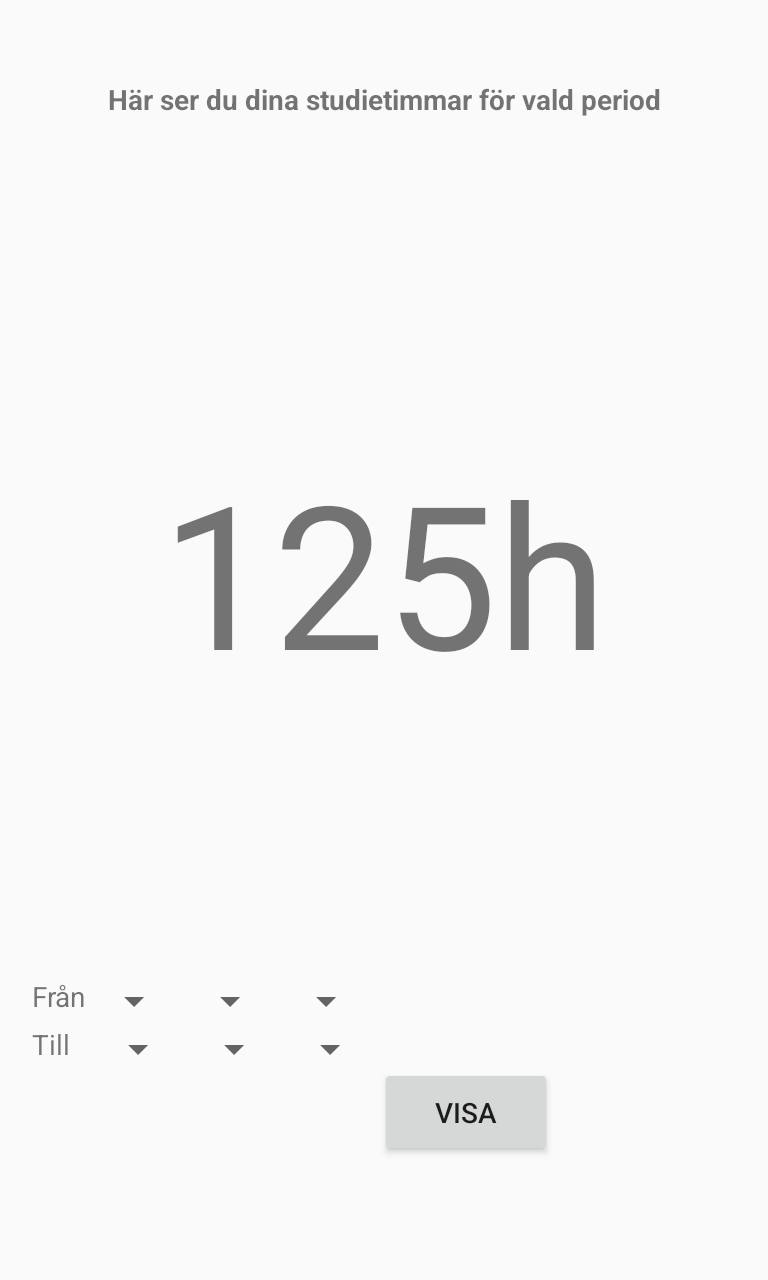
Repository: Dinova/Studiekoll
Layout: Studiekoll/Studiekoll/res/layout/fragment_graph.xml
The author's editor kept a copy of each file at every save. The layout is drawn from the files as they stood at one save, then again after the next save.
It is drawn on a 768 x 1280 px phone screen (xhdpi) without system bars, with theme AppTheme; the app's code is not run.

Above is the layout before, as saved 2014-05-20 09:57:25.

### Studiekoll/Studiekoll/res/layout/fragment_graph.xml
<LinearLayout xmlns:android="http://schemas.android.com/apk/res/android"
    xmlns:tools="http://schemas.android.com/tools"
    android:layout_width="match_parent"
    android:layout_height="match_parent"
    android:orientation="vertical"
    android:paddingBottom="@dimen/activity_vertical_margin"
    android:paddingLeft="@dimen/activity_horizontal_margin"
    android:paddingRight="@dimen/activity_horizontal_margin"
    android:paddingTop="@dimen/activity_vertical_margin"
    tools:context="com.grupp8DAT255.studiekoll.GraphActivity$PlaceholderFragment" >

    <TextView
        android:layout_width="fill_parent"
        android:layout_height="0dp"
        android:layout_weight="1"
        android:gravity="center_horizontal|center_vertical"
        android:text="@string/message"
        android:textStyle="bold" />

    <!-- HÄR SKA TIMMAR FRÅN DATABAS LÄGGAS IN SOM VISAD TEXT -->

    <TextView
        android:id="@+id/invested_hours_text_view"
        android:layout_width="fill_parent"
        android:layout_height="0dp"
        android:layout_weight="6"
        android:gravity="center_horizontal|center_vertical"
        android:lines="1"
        android:text="125h"
        android:textSize="100sp" />

    <!-- Bottom control layout -->
    <LinearLayout
        android:layout_width="wrap_content"
        android:layout_height="0dp"
        android:layout_weight="2"
        android:orientation="horizontal" >

        <!-- Date control layout -->
        <LinearLayout
            android:layout_width="wrap_content"
        	android:layout_height="wrap_content"
        	android:orientation="vertical" >

            <!-- From date control layout -->
        	<LinearLayout
        		android:layout_width="wrap_content"
        		android:layout_height="wrap_content"
        		android:orientation="horizontal" >

        		<TextView
        		    android:layout_width="wrap_content"
        		    android:layout_height="wrap_content"
        		    android:text="@string/from_prompt" />

    			<Spinner
    			    android:id="@+id/from_year_spinner"
    			    android:layout_width="wrap_content"
    			    android:layout_height="wrap_content"
    			    android:prompt="@string/year_prompt"
    			    android:spinnerMode="dialog" />

				<Spinner
				    android:id="@+id/from_month_spinner"
				    android:layout_width="wrap_content"
	    			android:layout_height="wrap_content"
	    			android:prompt="@string/month_prompt"
    			    android:spinnerMode="dialog" />

				<Spinner
		    		android:id="@+id/from_day_spinner"
		    		android:layout_width="wrap_content"
	    			android:layout_height="wrap_content"
	    			android:prompt="@string/day_prompt"
    			    android:spinnerMode="dialog" />

			</LinearLayout> <!-- From date control layout end -->

			<!-- To date control layout -->
			<LinearLayout
	   			android:layout_width="wrap_content"
       			android:layout_height="wrap_content"
       			android:orientation="horizontal" >

	   			<TextView
	   			    android:layout_width="wrap_content"
	   			    android:layout_height="wrap_content"
	   			    android:layout_marginRight="10dp"
	   			    android:text="@string/to_prompt" />

				<Spinner
			    	android:id="@+id/to_year_spinner"
			    	android:layout_width="wrap_content"
			    	android:layout_height="wrap_content"
			    	android:prompt="@string/year_prompt"
    			    android:spinnerMode="dialog" />

				<Spinner
				   	android:id="@+id/to_month_spinner"
		    		android:layout_width="wrap_content"
	    			android:layout_height="wrap_content"
	    			android:prompt="@string/month_prompt"
    			    android:spinnerMode="dialog" />

				<Spinner
			    	android:id="@+id/to_day_spinner"
					android:layout_width="wrap_content"
	    			android:layout_height="wrap_content"
	    			android:prompt="@string/day_prompt"
    			    android:spinnerMode="dialog" />

			</LinearLayout> <!-- To date control layout end -->

		</LinearLayout> <!-- Date control layout end-->

			<Button
	        	android:layout_width="wrap_content"
	        	android:layout_height="wrap_content"
	        	android:text="@string/show_button_text"
	        	android:layout_gravity="center_vertical|center_horizontal"
	        	android:onClick="showGraph" />

    </LinearLayout> <!-- Bottom control layout end -->

</LinearLayout>

### Studiekoll/Studiekoll/res/values/strings.xml
<?xml version="1.0" encoding="utf-8"?>
<resources>

    <string name="app_name">Studiekoll</string>
    <string name="action_settings">Settings</string>
    <string name="edit_message">Insert number of hours</string>
    <string name="button_graphics">Graf</string>
    <string name="button_input">Inmatning</string>
    <string name="button_help">Hjälp</string>
    <string name="title_activity_help">Hjälp</string>
    <string name="help_text">        "Meny\n"
        "Här väljer du mellan tre funktioner enligt nedan\n\n"

        "Graf\n"
        "I denna vy kan du se dina studietimmar för vald period."
        "Använd dig av drop-down menyerna för att ställa in under"
        "vilken period du vill se studietimmarna redovisas."
        "Tryck sedan på "visa"-knappen för att visa antalet studietimmar.\n\n"

        "Inmatning\n"
        "Här matar du in den tid du lagt ned på dina studier. Du väljer"
        "timmar och minuter i snurran och datum med hjälp av drop-down"
        "menyerna. Tryck sedan på "lagra"-knappen för att spara inmatningen."
        "Det är möjligt att föra in tid flera gånger för samma datum.\n\n"

        "Hjälp\n"
        "Här får du som du ser hjälp att hantera appen."</string>
    <string name="title_activity_graph">Loggade timmar</string>
    <string name="message">Här ser du dina studietimmar för vald period</string>
    <string name="from_prompt">Från</string>
    <string name="to_prompt">Till</string>
    <string name="show_button_text">Visa</string>
    <string name="year_prompt">Välj år</string>
    <string name="month_prompt">Välj månad</string>
    <string name="day_prompt">Välj dag</string>
    <string name="title_activity_input">Inmatning</string>
    <string name="input_message">Här för du in studietid och datum</string>
    <string name="send_input_button">Lagra inmatad data</string>
    <string name="help_prompt">Behöver du hjälp?</string>
    <string name="ok_button_text">OK!</string>
    <string name="button_category">Kategorihantering</string>
    <string name="title_activity_category">Kategorihantering</string>
    <string name="category_help_message">Här skapar du nya kategorier</string>
    <string name="category_hint">Namnet på din nya kategori...</string>
    <string name="category_save_text">Spara kategori</string>
    <string name="category_prompt">Välj kategori</string>

</resources>

Loaded but not shown: Studiekoll/Studiekoll/res/values/styles.xml (common file); Studiekoll/Studiekoll/res/values-v11/styles.xml (common file); Studiekoll/Studiekoll/res/values-v14/styles.xml (common file); Studiekoll/Studiekoll/res/values/dimens.xml (common file); Studiekoll/Studiekoll/res/values-w820dp/dimens.xml (common file)

After the next save:
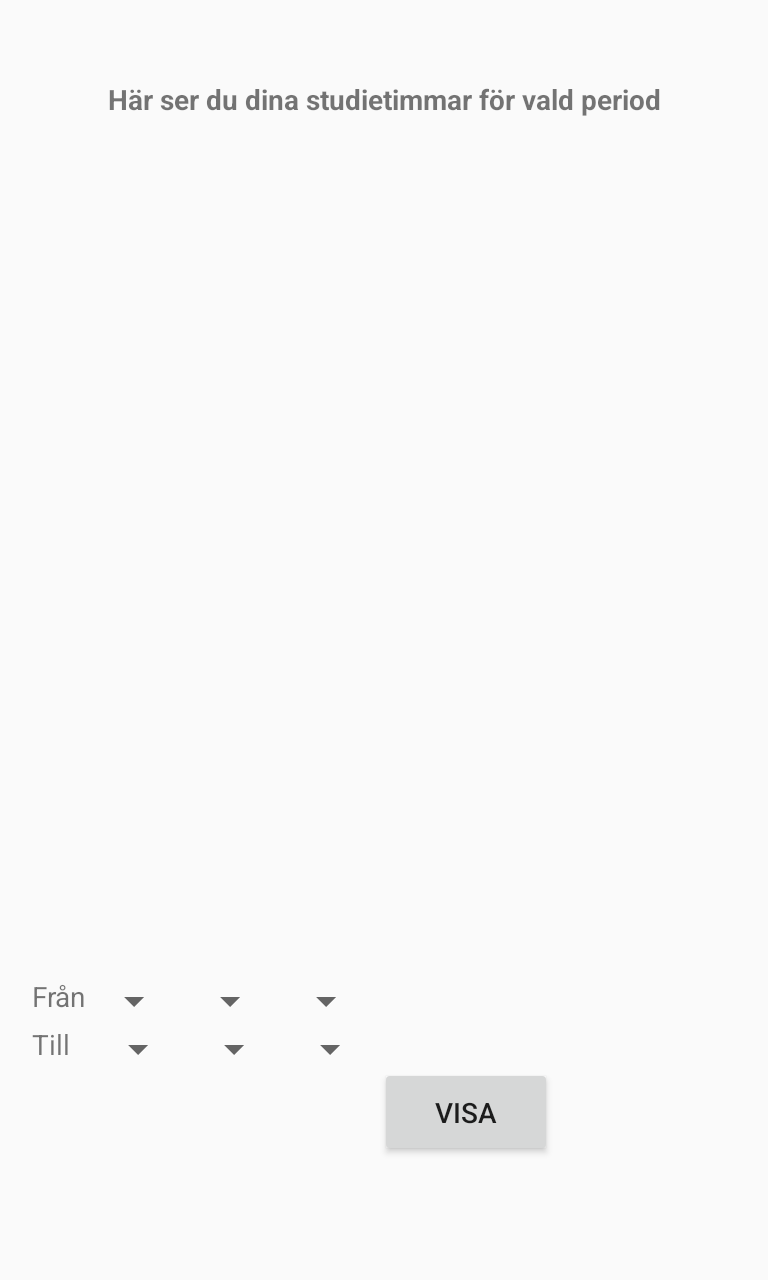
Saved 3 min 49 s later.
--- a/Studiekoll/Studiekoll/res/layout/fragment_graph.xml
+++ b/Studiekoll/Studiekoll/res/layout/fragment_graph.xml
@@ -26,7 +26,7 @@
         android:layout_weight="6"
         android:gravity="center_horizontal|center_vertical"
         android:lines="1"
-        android:text="125h"
+        android:text=""
         android:textSize="100sp" />
 
     <!-- Bottom control layout -->
